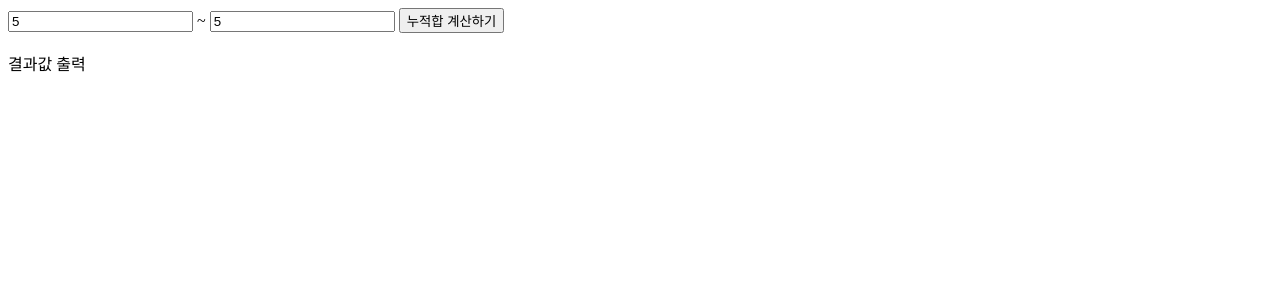
Repository: l3asic/TeamC
Page: 09.jQuery/WebContent/jq13.html
The author's editor kept a copy of each file at every save. The page is drawn from the files as they stood at one save, then again after the next save.
The browser window is 1280 px wide. The pictures show the whole page.
Empty fields were first filled with sample values (such as "Sample", 5 or name@example.com).
After loading, the first visible `#btn` was clicked once.

Above is the page before, as saved 2021-12-14 08:44:51.

### 09.jQuery/WebContent/jq13.html
<!DOCTYPE html>
<html>
<head>
<meta charset="UTF-8">
<title>jQuery13</title>
<script type="text/javascript" src="https://code.jquery.com/jquery-3.6.0.min.js"></script>
<script type="text/javascript" src="jquery/jquery-3.6.0.js"></script>
<script type="text/javascript">
$(document).ready(function(){
	$("#btn").click(function(){
		var num1 = $("#num1").val();
		var num2 = $("#num2").val();
		//alert("num1 : " + num1 + "\nnum2 : " + num2);
		var param = "num1=" + num1 + "&num2=" + num2;

		$.ajax({
			dataType : "text",
			url : "jq13.jsp",
			data : param,
			success : function(data){ resultHtml(num1, num2, data); },
			error : function(){ alert("실패!"); }
		});	//ajax()
	});	//click()
});	//ready()

function resultHtml(num1, num2, data){
	alert("성공!");
}
</script>
</head>
<body>
<input type="number" id="num1" required="required"/>
~
<input type="number" id="num2" required="required"/>
<button id="btn">누적합 계산하기</button>
<br/><br/>
<div id="display">
결과값 출력
</div>
</body>
</html>

Loaded but not shown: 09.jQuery/WebContent/jquery/jquery-3.6.0.js (library)

After the next save:
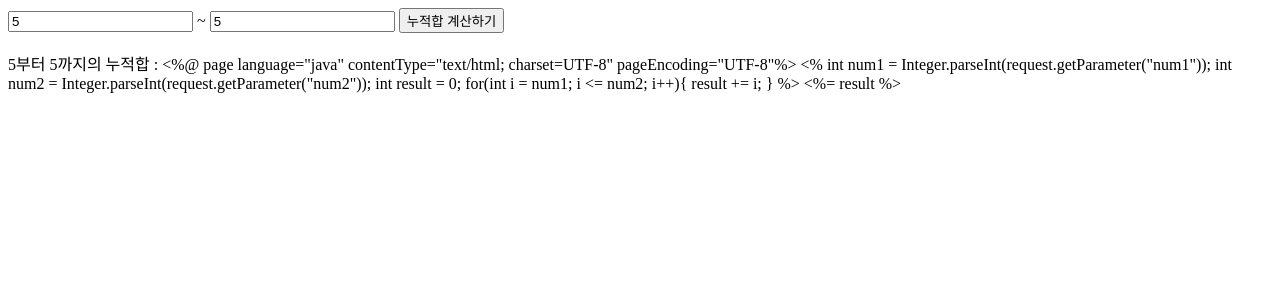
Saved 118 s later.
--- a/09.jQuery/WebContent/jq13.html
+++ b/09.jQuery/WebContent/jq13.html
@@ -24,7 +24,9 @@ $(document).ready(function(){
 });	//ready()
 
 function resultHtml(num1, num2, data){
-	alert("성공!");
+	//alert("성공!");
+	var html = num1 + "부터 " + num2 + "까지의 누적합 : " + data;
+	$("#display").html(html);
 }
 </script>
 </head>
